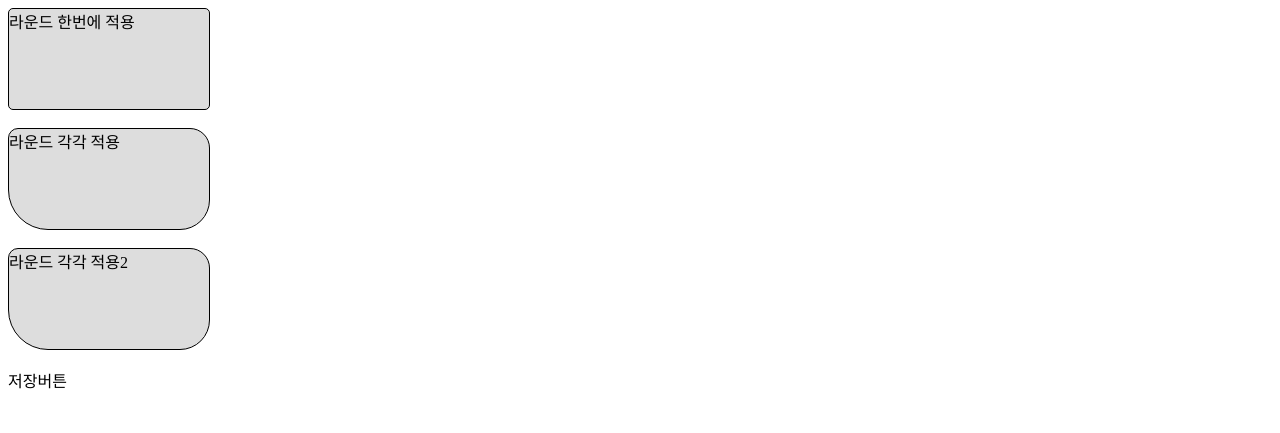
Repository: jeemaru/htme_01
Page: css_02/ex_05.html
The author's editor kept a copy of each file at every save. The page is drawn from the files as they stood at one save, then again after the next save.
The browser window is 1280 px wide. The pictures show the whole page.

Above is the page before, as saved 2022-04-07 05:36:04.

After the next save:
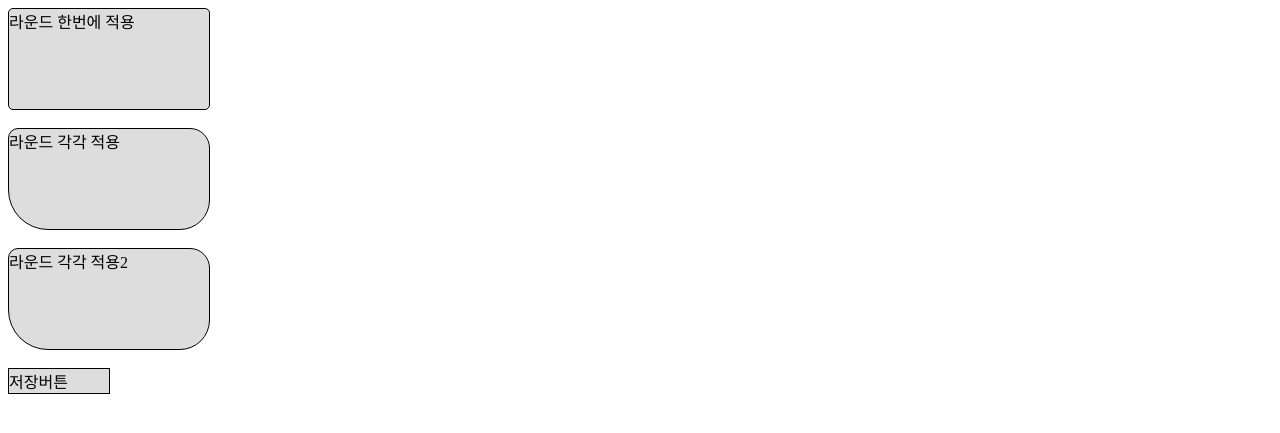
Saved 19 s later.
--- a/css_02/ex_05.html
+++ b/css_02/ex_05.html
@@ -42,7 +42,7 @@
         <div class="div-each-all">라운드 각각 적용2</div>
         <br>
 
-        <div>저장버튼</div>
+        <div class="div-gray">저장버튼</div>
 
     </body>
 
